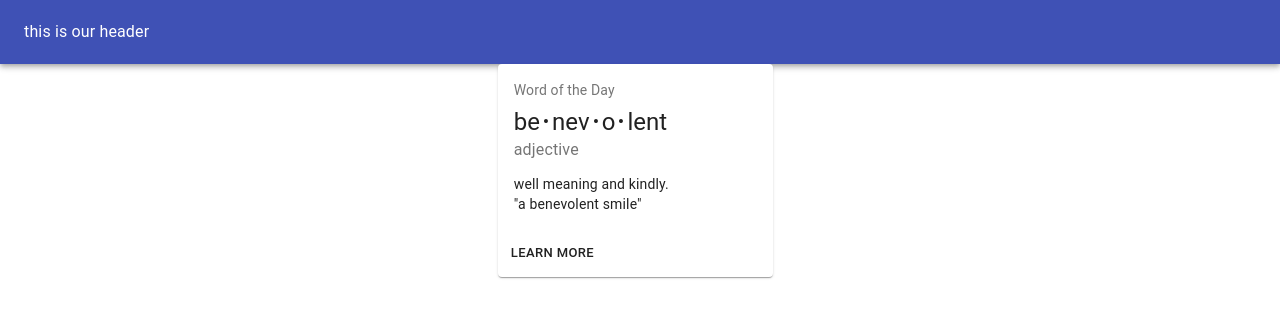
Repository: hossamsulleman1/reactcontact3
Page: / (app in my-app/)
An editor plug-in stored every save of this project. The page is shown before and after a run of saves, followed by the edit.
The browser window is 1280 px wide. The pictures show the whole page.
The project was rebuilt for these pictures with package versions that can differ from the ones it lists, and the page was loaded fresh each time.

Above is the page before, as saved 2020-08-18 20:12:31.

### my-app/src/App.js
import React from "react";
import { Grid } from "@material-ui/core";
import Header from "./components/Header.jsx"
import Content from "./components/Content.jsx"


const App = () => {
  return (
    <Grid container direction="column">
      <Grid item>
        {/* this is where the header will be  */}
        <Header/>
      </Grid>
              {/* grids can be items grids containers or both at the same time  */}
      <Grid item container>
        {/* on small screens this will take up 2 but on extra smnall screens this will take up 0 as specified   */}
        <Grid item xs={0} sm={2} />

<Grid item xs={12} sm={8}>
{/* this is where the content will be  */}
<Content/>
</Grid>

        <Grid item xs={0} sm={2} />
        {/* ^these xs 2 are for the side gutters on the app */}
      </Grid>
    </Grid>
  )
}

export default App;

### my-app/src/components/Header.jsx
import React from "react";
import { AppBar, Toolbar, Typography } from "@material-ui/core";

const Header = () => {

    return (
        <AppBar position="static">
            {/* position static is a prop that can be supplioed to the material ui element this keeps the app bar persistent */}
            <Toolbar>
                <Typography>
                   this is our header
                </Typography>
            </Toolbar>
        </AppBar>

    )
};

export default Header;

### my-app/src/components/Content.jsx
import React from "react";
import CardItem from "./CardItem.jsx";
import { Grid } from "@material-ui/core";


const Content = () => {
return (
    <Grid container>
        <Grid item xs={4} >

        </Grid>
<CardItem/>
    </Grid>

)
};

export default Content;

### my-app/src/components/CardItem.jsx
import React from 'react';
import { makeStyles } from '@material-ui/core/styles';
import Card from '@material-ui/core/Card';
import CardActions from '@material-ui/core/CardActions';
import CardContent from '@material-ui/core/CardContent';
import Button from '@material-ui/core/Button';
import Typography from '@material-ui/core/Typography';

const useStyles = makeStyles({
  root: {
    minWidth: 275,
  },
  bullet: {
    display: 'inline-block',
    margin: '0 2px',
    transform: 'scale(0.8)',
  },
  title: {
    fontSize: 14,
  },
  pos: {
    marginBottom: 12,
  },
});



  const CardItem = () => {
    const classes = useStyles();
    const bull = <span className={classes.bullet}>•</span>;



    return (
        <Card className={classes.root}>
          <CardContent>
            <Typography className={classes.title} color="textSecondary" gutterBottom>
              Word of the Day
            </Typography>
            <Typography variant="h5" component="h2">
              be{bull}nev{bull}o{bull}lent
            </Typography>
            <Typography className={classes.pos} color="textSecondary">
              adjective
            </Typography>
            <Typography variant="body2" component="p">
              well meaning and kindly.
              <br />
              {'"a benevolent smile"'}
            </Typography>
          </CardContent>
          <CardActions>
            <Button size="small">Learn More</Button>
          </CardActions>
        </Card>
      );
  }



export default CardItem;

Loaded but not shown: my-app/public/index.html (common file); my-app/src/index.js (common file); my-app/src/index.css (common file); my-app/src/serviceWorker.js (common file)

After the next 3 saves:
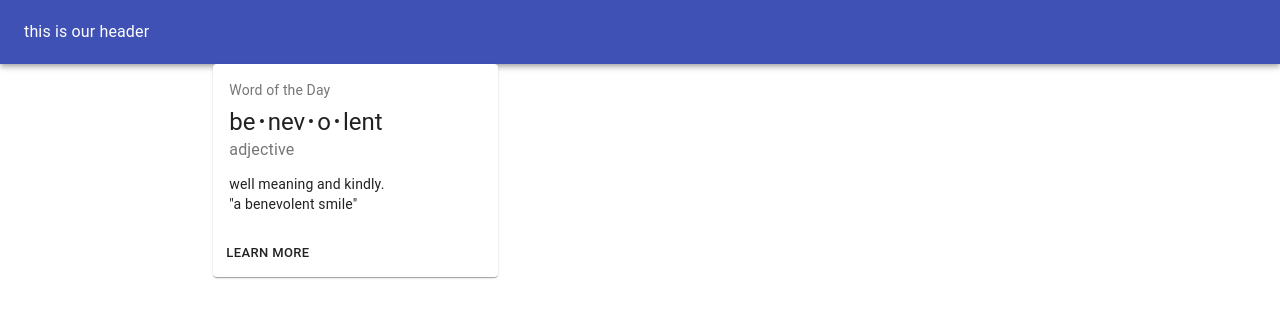
The 3 saves are shown as one change because they came seconds apart.
The last was saved 8 s later.
--- a/my-app/src/components/Content.jsx
+++ b/my-app/src/components/Content.jsx
@@ -7,9 +7,8 @@ const Content = () => {
 return (
     <Grid container>
         <Grid item xs={4} >
-
+        <CardItem/>
         </Grid>
-<CardItem/>
     </Grid>
 
 )
